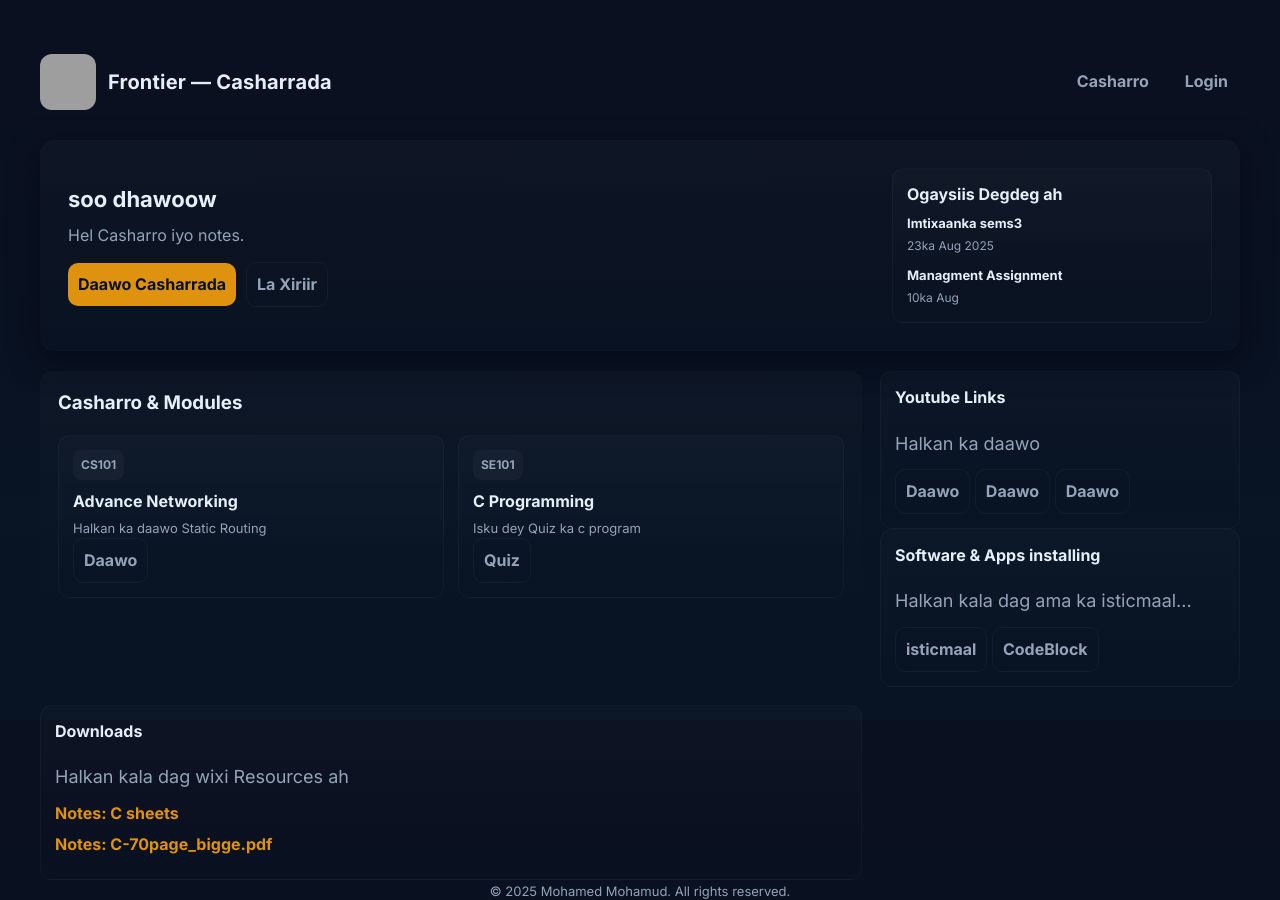
Repository: mrfiiqane/Al-Tacaawun.com
Page: index.html
These files come from the project's save history. The page is drawn as it stood at one moment and after a run of saves; the edit follows.
The browser window is 1280 px wide. The pictures show the whole page.
Pictures or frames that could not be fetched are drawn as grey boxes.

Above is the page before, as saved 2025-08-12 10:36:57.

### index.html
<!doctype html>
<html lang="en">
<head>
  <meta charset="utf-8" />
  <meta name="viewport" content="width=device-width,initial-scale=1" />
  <title>Jaamacadda — Casharrada</title>
  <link rel="stylesheet" href="./style.css">

  <!-- Google Font (optional) -->
  <link href="https://fonts.googleapis.com/css2?family=Inter:wght@300;400;600;700&display=swap" rel="stylesheet">

</head>
<body>
  <div class="wrap">

    <header>
      <div class="brand">
        <div class="logo"></div>
        <div>
          <h1 class="site-title">Frontier — Casharrada</h1>
        </div>
      </div>

      <nav aria-label="Primary">
        <a href="#courses">Casharro</a>
        <a href="./Singin.html">Login</a>
      </nav>
    </header>

    <section class="hero">
      <div class="hero-left">

        <h2>soo dhawoow</h2>
        <p>Hel Casharro iyo notes.</p>

        <div class="cta-row">
          <a class="btn" href="#courses">Daawo Casharrada</a>
          <a class="btn secondary" href="#contact">La Xiriir</a>
        </div>
      </div>

      <div class="hero-right card">
        <h4 style="margin:0 0 8px 0">Ogaysiis Degdeg ah</h4>
        <ul class="ann-list">
          <li class="ann"><div><b>Imtixaanka sems3</b><small> 23ka Aug 2025</small></div></li>
          <li class="ann"><div><b>Managment Assignment</b><small> 10ka Aug</small></div></li>
        </ul>
      </div>
    </section>

    <div class="grid">
      <main>
        <!-- Courses -->
        <div id="courses" class="section">
          <h3 style="margin-top:0">Casharro & Modules</h3>
          <div class="courses">
            <article class="course">
              <span class="code">CS101</span>
              <h3>Advance Networking</h3>
              <p>Halkan ka daawo Static Routing</p>
              <a class="btn secondary" href="https://youtu.be/i_kWL7zncr0?si=UCBDJ3CswC6rXT9E" >Daawo</a>
            </article>
            <article class="course">
              <span class="code">SE101</span>
              <h3>C Programming</h3>
              <p>Isku dey Quiz ka c program</p>
              <a class="btn secondary" href="https://quiz-with-c.vercel.app/" >Quiz</a>
            </article>



          </div>
        </div>



      </main>

      <!-- Sidebar -->
      <aside>
        <div class="card">
          <h4 style="margin-top:0">Youtube Links</h4>
          <p class="site-sub">Halkan ka daawo</p>
          <ul style="margin:12px 0 0 0; padding:0; list-style:none;">
            <a class="btn secondary" href="https://youtu.be/eYBJgoVVvV4" >Daawo</a>
            <a class="btn secondary" href="https://youtu.be/OuTGAZUUJFI" >Daawo</a>
            <a class="btn secondary" href="https://youtu.be/sqkx3KoNXKo" >Daawo</a>
          </ul>
        </div>
        <div class="card">
          <h4 style="margin-top:0">Software & Apps installing</h4>
          <p class="site-sub">Halkan kala dag ama ka isticmaal...</p>
          <ul style="margin:12px 0 0 0; padding:0; list-style:none;">
            <a class="btn secondary" href="https://www.programiz.com/c-programming/online-compiler/" >isticmaal</a>
            <a class="btn secondary" href="https://sourceforge.net/projects/codeblocks/files/Binaries/25.03/Windows/codeblocks-25.03mingw-setup.exe/download" >CodeBlock</a>

          </ul>
        </div>

      </aside>
      <aside>
        <div class="card">
          <h4 style="margin-top:0">Downloads</h4>
          <p class="site-sub">Halkan kala dag wixi Resources ah</p>
          <ul style="margin:12px 0 0 0; padding:0; list-style:none;">
            <li style="margin-bottom:8px"><a href="./images/cheat_sheet_c.pdf" download="" style="color:var(--accent); text-decoration:none; font-weight:700">Notes: C sheets</a></li>
            <li style="margin-bottom:8px"><a href="./images/C-70page-begginers.pdf" download="" style="color:var(--accent); text-decoration:none; font-weight:700">Notes: C-70page_bigge.pdf</a></li>
          </ul>
        </div>

      </aside>
    </div>

    <footer>
      © <span id="year"></span> 2025 Mohamed Mohamud. All rights reserved.
    </footer>

  </div>

</body>
</html>

### style.css
:root{
      --bg:#0f1724;
      --card:#0b1220;
      --accent:#f59f0be8;
      --muted:#94a3b8;
      --glass: rgba(255,255,255,0.04);
      --radius:14px;
      --maxw:1200px;
      font-family: "Inter", system-ui, -apple-system, "Segoe UI", Roboto, "Helvetica Neue", Arial;
    }
    *{box-sizing:border-box}
    html,body{
      height:100%;
      width:100%;
    }
    body{
      margin:0;
      background: linear-gradient(180deg,#0a101f 10%, #081424 80%);
      color:#e6eef8;
      -webkit-font-smoothing:antialiased;
      -moz-osx-font-smoothing:grayscale;  /* //waa maxay */
      line-height:1.45;
      padding:24px;
      display:flex;
      justify-content:center;
    }
    .wrap{
      width:100%;
      max-width:var(--maxw);

    }

    /* Header */
    header{
      display:flex;
      align-items:center;
      justify-content:space-between;
      gap:16px;
      margin: 30px auto;
    }
    .brand{
      display:flex;
      align-items:center;
      gap:12px;
    }
    .logo{
      background-image: url('https://encrypted-tbn0.gstatic.com/images?q=tbn:ANd9GcTuMOF6fEdt8Zlo2HOTVPE4MufJVdZzyfTKlA&s');
      background-size:cover;
      background-position:center;
      background-repeat:no-repeat;
      width:56px;
      height:56px;
      border-radius:12px;
      display:flex;
      align-items:center;
      justify-content:center;
      font-weight:700;
      font-size:20px;
    }
    h1.site-title{
      margin:0;
      font-size:20px;
      letter-spacing:0.2px;
    }
    p.site-sub{ margin:0; color:var(--muted); font-size:18px }

    nav{
      display:flex;
      gap:12px;
      align-items:center;
    }
    nav a{
      color:var(--muted);
      text-decoration:none;
      font-weight:800;
      padding:8px 12px;
      border-radius:10px;
    }
    nav a:hover{ color:#fff; background:var(--glass) }

    /* Hero */
    .hero{
      background: linear-gradient(180deg, rgba(255,255,255,0.02), transparent);
      border-radius: var(--radius);
      padding:28px;
      display:flex;
      gap:24px;
      align-items:center;
      margin-bottom:20px;
      box-shadow: 0 10px 30px rgba(2,6,23,0.6);
    }
    .hero-left{flex:1}
    .hero-right{ width:320px; min-width:220px }
    .hero h2{ margin:0 0 8px 0; font-size:22px }
    .hero p{ margin:0 0 14px 0; color:var(--muted) }

    .cta-row{ display:flex; gap:10px; align-items:center }
    .btn{
      background:var(--accent);
      color:#081028;
      padding:10px;
      border-radius:10px;
      font-weight:700;
      border:none;
      cursor:pointer;
      text-decoration:none;
      display:inline-block;
    }
    .btn.secondary{
      background:transparent;
      color:var(--muted);
      border:1px solid rgba(255,255,255,0.04);
    }

    /* Grid */
    .grid{
      display:grid;
      gap:18px;
      grid-template-columns: 1fr 360px;
    }

    /* Main content */
    main{ background:transparent }
    .section{
      background: linear-gradient(180deg, rgba(255,255,255,0.02), transparent);
      padding:18px;
      border-radius:12px;
      margin-bottom:16px;
    }

    /* Courses */
    .courses{
      display:grid;
      grid-template-columns: repeat(auto-fit,minmax(230px,1fr));
      gap:14px;
    }
    .course{
      background:linear-gradient(180deg, rgba(255,255,255,0.02), transparent);
      padding:14px;
      border-radius:12px;
      border:1px solid rgba(255,255,255,0.03);
      transition:transform .18s ease, box-shadow .18s ease;
    }
    .course:hover{ transform:translateY(-6px); box-shadow:0 12px 30px rgba(2,6,23,0.6) }
    .code{
      display:inline-block;
      background:rgba(255,255,255,0.03);
      padding:6px 8px;
      border-radius:8px;
      color:var(--muted);
      font-weight:700;
      font-size:12px;
    }
    .course h3{ margin:10px 0 6px 0; font-size:16px }
    .course p{ margin:0; color:var(--muted); font-size:13px }

    /* Sidebar cards */
    .card{
      background: linear-gradient(180deg, rgba(255,255,255,0.02), transparent);
      padding:14px;
      border-radius:12px;
      border:1px solid rgba(255,255,255,0.03);
    }
    .ann-list{ list-style:none; margin:0; padding:0; display:flex; flex-direction:column; gap:10px }
    .ann{
      display:flex; gap:10px; align-items:flex-start;
    }
    .ann b{ display:block; font-size:13px }
    .ann small{ color:var(--muted); font-size:12px }

    footer{
      margin:2px; text-align:center; color:var(--muted); font-size:13px;
    }

    /* Responsive */
    @media (max-width:768px){
    header{
      display:block;
      align-items:center;
      justify-content:space-around;
      gap:5px;
      margin-bottom:22px;
    }
    .hero, .grid{
      display: flex;
      flex-direction: column;
    }

    nav{
      gap:5px;
      justify-content: end;
    }
    .btn{
      padding:10px;
    }

    }

After the next 4 saves:
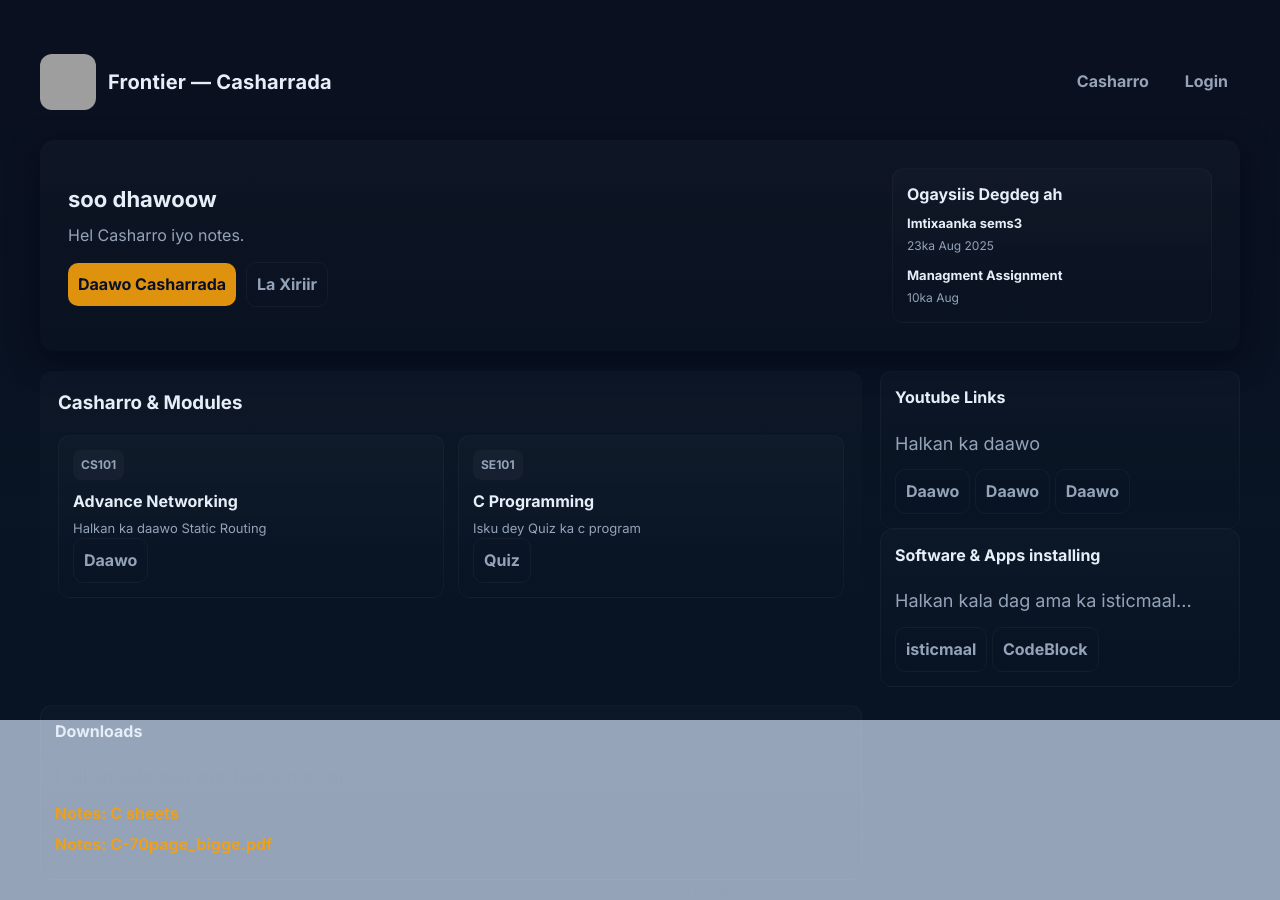
The 4 saves are shown as one change because they came seconds apart.
The last was saved 16 s later.
--- a/style.css
+++ b/style.css
@@ -12,6 +12,7 @@
     html,body{
       height:100%;
       width:100%;
+      background-color: #94a3b8;
     }
     body{
       margin:0;
